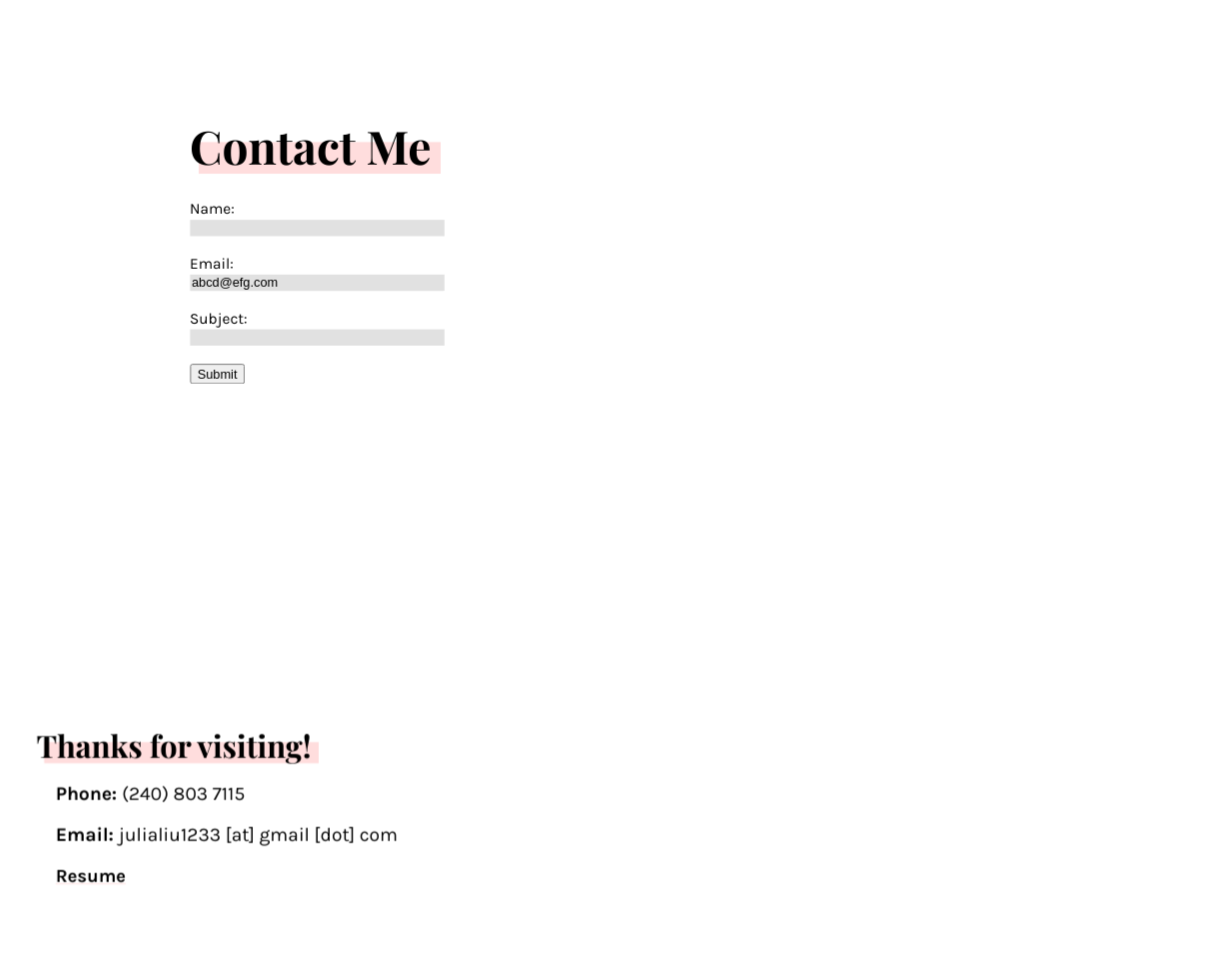
Repository: liu-julia/liu-julia.github.io
Page: contact.html
These files come from the project's save history. The page is drawn as it stood at one moment and after the next save; the edit follows.
The browser window is 1280 px wide. The pictures show the whole page, at 96% of full size.

Above is the page before, as saved 2022-05-19 15:34:45.

### contact.html
<!DOCTYPE html>
<html lang="en">
<head>
    <meta charset="UTF-8">
    <meta http-equiv="X-UA-Compatible" content="IE=edge">
    <meta name="viewport" content="width=device-width, initial-scale=1.0">
    <link rel="preconnect" href="https://fonts.googleapis.com">
    <link rel="preconnect" href="https://fonts.gstatic.com" crossorigin>
    <link href="https://fonts.googleapis.com/css2?family=Karla:wght@300;400;700&family=Open+Sans:wght@300;400;700&family=Playfair+Display:wght@400;700&family=Prata&display=swap" rel="stylesheet">
    <link rel="stylesheet" href="css/styles.css">
    <link rel="icon" href="images/jllogo.png">
    <script src="js/scripts.js"></script>
    <title>Julia Liu</title>
</head>
<body>
    <header id="topbar">
        <img id="logo" src="images/jllogo.png" alt="JL logo">
        <div id="navbar">
            <a class="hl_hover" href="index.html">Projects</a>
            <a class="hl_hover" href="about.html">About</a>
            <a class="highlighted" href="contact.html">Contact</a>
        </div>
    </header>
    <div id="content">
        <div class="form-container">
            <h2 class="highlighted">Contact Me</h2><br>
            <form>
                <label for="name"> Name:</label><br>
                <input type="text" id="name" name="name" required><br><br>
                <label for="email">Email:</label><br>
                <input type="email" id="email" size="30" value="abcd@efg.com" required><br><br>
                <label for="subject">Subject:</label><br>
                <input type="text" id="subject" name="subject" required><br><br>
                <button type="submit" value="Submit">Submit</buttom>
            </form>
        </div>
        <div id="foot">
            <h3 class="highlighted">Thanks for visiting!</h3>
            <div>
                <p><b>Phone: </b> (240) 803 7115</p>
                <p><b>Email: </b> juli<!--anti spam-->aliu1233 <!--anti spam--> [at] gmai<!--anti spam-->l [dot] com</p>
                <a href="JuliaLiu.pdf"><b>Resume</b></a>
            </div>
        </div>
    </div>
</body>
</html>

### css/styles.css
:root {
    font-family: 'Karla', sans-serif;
}
html {
    height: 100%;
}
header {
    position: fixed;
    top: 0;
    left: 0;
    right: 0;
    width: 100%;
    height: 60px;
    background-color: white;
    z-index: 1;
    box-shadow: 0 0 10px #FFFFFF;
    transition: top .2s;
}
#logo {
    width: 25px;
    height: 35px;
    padding: 13px;
}
#navbar {
    float: right;
}
#navbar a {
    position: relative;
    top: 10px;
    margin-right: 25px;
    align-self: center;
    color: black;
}
body {
    height: 100%;
}
#content {
    height: 100%;
}
h1 {
    font-family: 'Prata', serif;
    font-weight: 400;
    font-size: 6em;
}
#top {
    height: 100%;
}
h1{
    position: absolute;
    bottom: 12rem;
    left: 1rem;
    right: 1rem;
    text-align: center;
    margin: auto;
    width: 75%;
}
h1.highlighted::before {
    content: "";
    position: absolute;
    width: 100%;
    background: #ffdddd;
    left: .25em;
    bottom: .15em;
    height: .7em;
    z-index: -1;
    animation: highlightAnimation ease 3s;
    animation-iteration-count: 1;
    animation-fill-mode: forwards;
}

@keyframes highlightAnimation {
    0% {
        transform: scaleX(0);
        transform-origin: left;
    }
    100% {
        transform: scaleX(1);
        transform-origin: left;
     }
}

#navbar a.highlighted::before {
    content: "";
    position: absolute;
    width: 100%;
    background: #ffdddd;
    left: .25em;
    bottom: .05em;
    height: .7em;
    z-index: -1;
}
.hl_hover::before {
    content: "";
    position: absolute;
    width: 100%;
    background: #ffdddd;
    left: .25em;
    bottom: .05em;
    height: .7em;
    z-index: -1;
    transition: transform 0.5s;
    transform: scaleX(0);
    transform-origin: right;
}
.hl_hover:hover::before {
    transform: scaleX(1);
    transform-origin: left;
}
h2 {
    font-family: 'Playfair Display', serif;
    font-size: 3em;
}
h3 {
    font-family: 'Playfair Display', serif;
    font-size: 2em;

}
h4 {
    font-size: 1.1em;
    line-height: 1.5em;
}
h3.highlighted::before {
    content: "";
    position: absolute;
    width: 100%;
    background: #ffdddd;
    left: .25em;
    bottom: .05em;
    height: .7em;
    z-index: -1;
}
#navbar a {
    font-family: 'Playfair Display', serif;
    font-size: 1.5em;
    font-weight: 700;
    text-decoration: none;
}
p {
    font-size: 1.25rem;
}
#head_desc {
    font-size: 1.5em;
    font-weight: 400;
    position: absolute;
    bottom: 6rem;
    width: 90%;
    left: 1rem;
    right: 1rem;
    text-align: center;
    margin: auto;
    width: 75%;
}
#face {
    position: absolute;
    height: 45%;
    top: 5em;
    left: 30em;
    right: 30em;
    border-radius: 2em;
    margin: auto;
    box-shadow: 2px 2px 10px #00000066;
}
#foot {
    padding-left: 30px;
    position: absolute;
    width: 90%;
    height: 40%;
}
#foot h3.highlighted {
    position: absolute;
    bottom: 65%;
}
#foot div {
    position: absolute;
    bottom: 25%;
    padding: 20px;
}
a {
    color: black;
    text-decoration: underline;
    text-decoration-color: #ffdddd;
    transition: text-decoration ease-in .2s;
}
#foot a {
    font-size: 1.2rem;
}
a:hover {
    text-decoration-color: #ffb4b4;
}
#construction {
    height: 100%;
}

body {
    animation: fadeInAnimation ease 2s;
    animation-iteration-count: 1;
    animation-fill-mode: forwards;
}

@keyframes fadeInAnimation {
    0% {
        opacity: 0;
    }
    100% {
        opacity: 1;
     }
}
.project {
    width: 70%;
    display: flex;
    margin: auto;
    height: 40%;
    padding: 2.5rem;
    align-items: center;
}
.project img {
    max-width: 40%;
    max-height: 100%;
    box-shadow: 2px 2px 10px #00000066;
    border-radius: 2rem;
    margin: 2em;
}

a img {
    max-width: 8%;
    position: absolute;
    bottom: 30px;
    margin: auto;
    left: 1rem;
    right: 1rem;
}
.about {
    width: 70%;
    display: flex;
    margin: auto;
    height: 100%;
    align-items: center;
}

.about img {
    max-width: 30%;
    box-shadow: 2px 2px 10px #00000066;
    border-radius: 2rem;
    margin: 2em;
}

.about-text {
    position: absolute;
    margin-left: 25%;
    margin-right: 15%;
}
.about-text h2 {
    position: absolute;
    top: -110px;
}

h2.highlighted::before {
    content: "";
    position: absolute;
    width: 100%;
    background: #ffdddd;
    left: .20em;
    bottom: .05em;
    height: .7em;
    z-index: -1;
}

.form-container {
    width: 70%;
    margin: auto;
    height: 100%;
}

.form-container h2 {
    position: absolute;
    top: 5rem;
}

form {
    position: absolute;
    top: 13rem;
}

input {
    width: 100%;
    background-color: #e1e1e1;
    border: none;
}

### js/scripts.js
var prevScrollpos = window.pageYOffset;
window.onscroll = function() {
  var currentScrollPos = window.pageYOffset;
  if (prevScrollpos > currentScrollPos) {
    document.getElementById("topbar").style.top = "0";
  } else {
    document.getElementById("topbar").style.top = "-70px";
  }
  prevScrollpos = currentScrollPos;
}

After the next save:
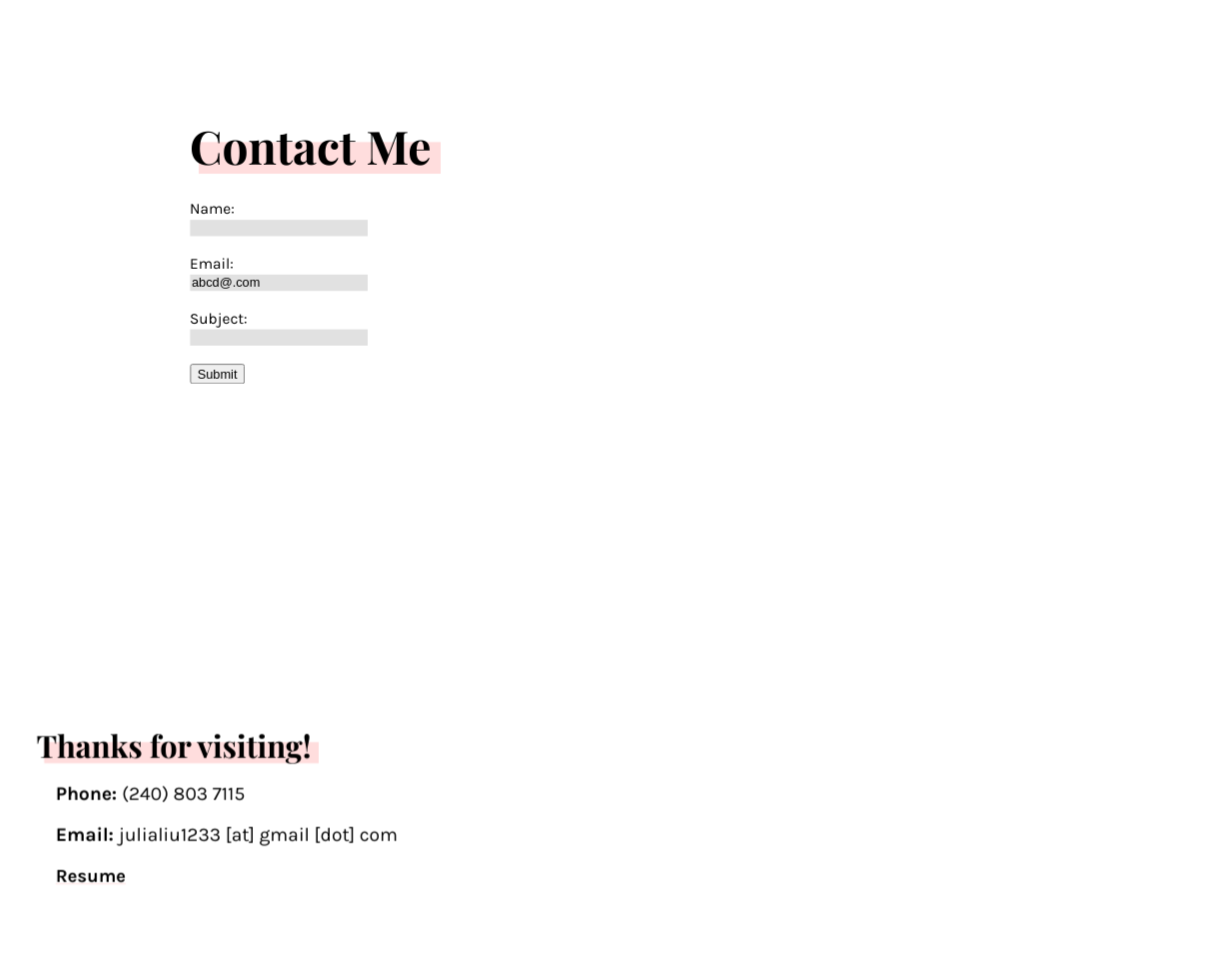
Saved 2 min 4 s later.
--- a/contact.html
+++ b/contact.html
@@ -28,7 +28,7 @@
                 <label for="name"> Name:</label><br>
                 <input type="text" id="name" name="name" required><br><br>
                 <label for="email">Email:</label><br>
-                <input type="email" id="email" size="30" value="abcd@efg.com" required><br><br>
+                <input type="email" id="email" value="abcd@.com" required><br><br>
                 <label for="subject">Subject:</label><br>
                 <input type="text" id="subject" name="subject" required><br><br>
                 <button type="submit" value="Submit">Submit</buttom>
